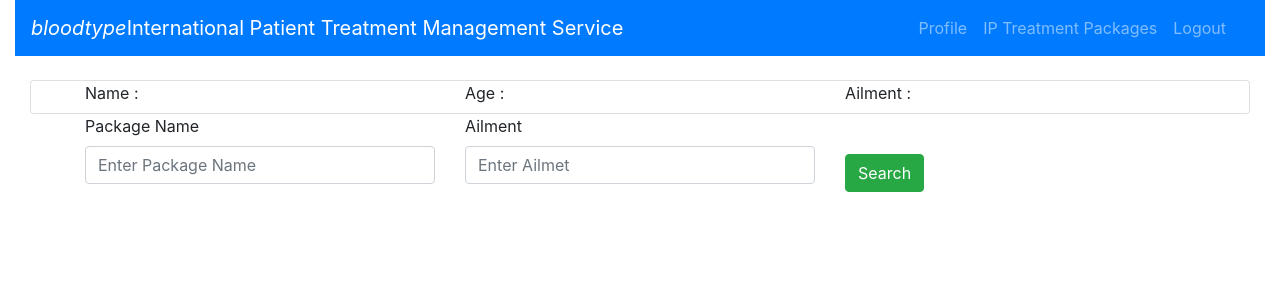
Repository: Vineet2408/POD-Cognizant
Page: http://localhost/iptms-UIportal/WEB-INF/view/IPTreatmentPackagesServices.jsp
The author's editor kept a copy of each file at every save. The page is drawn from the files as they stood at one save, then again after the next save.
The browser window is 1280 px wide. The pictures show the whole page.
The page is served by Tomcat 9. Nobody is signed in. Other server files are loaded and not shown. The template is opened directly, without the code that normally fills it, so the values that code supplies are empty.

Above is the page before, as saved 2021-03-07 15:59:23.

### iptms-UIportal/src/main/webapp/WEB-INF/view/IPTreatmentPackagesServices.jsp
<%@ page language="java" contentType="text/html; charset=ISO-8859-1"
    pageEncoding="ISO-8859-1"
    isELIgnored="false"
    %>
     <%@ taglib prefix="fmt" uri="http://java.sun.com/jsp/jstl/fmt"%>
	<%@ taglib prefix="c" uri="http://java.sun.com/jsp/jstl/core"%>
<html>
<head>
<%@ include file="headlink.jsp"%>
<title></title>
</head>
<body>

 	<div class="container-fluid">
		<%@ include file="patientheader.jsp"%>
		<br>
		<!-- header............................................................................................. -->
	<div class="container-fluid">
		<div class="card">
			<div class="container">
				<div class="row">

					<div class="col-md-4">
						<label>Name : </label>${user.name}
					</div>
					<div class="col-md-4">
						<label>Age : </label>${user.age}
					</div>
					<div class="col-md-4">
						<label>Ailment : </label>${user.ailment}
					</div>
				</div>
			</div>
		</div>
	</div>
	<div class="container-fluid">
		<form action="/searchPackage">
			<div class="container">
				<div class="row">
					<div class="col-md-4">

						<label for="packageName">Package Name</label>
						<input type="text" class="form-control" id="packageName" name="packageName" placeholder="Enter Package Name">

					</div>
					<div class="col-md-4">
						<label for="ailmet">Ailment</label>
						<input type="text" class="form-control" id="ailmet" name="ailmet" placeholder="Enter Ailmet">
					</div>
					<div class="col-md-3">
						<p> </p><br>
						<button type="submit" class="btn btn-success">Search </button>
					</div>
				</div>
			</div>

		</form>
	</div>
	<div class="container-fluid">

    <div class="row">
        <!--start loop here-->
        <c:forEach var="iptreatmentPackage" items="${iptreatmentPackageList}">
        <div class="col-md-3 col-lg-3 col-sm-3">

            <div class="card">
                <div class="row">
                    <div class="col bg-danger"><label>${iptreatmentPackage.ailmentCategory}</label></div>
                </div>
                <img class="card-img-top"
                src="https://images.unsplash.com/photo-1597764690523-15bea4c581c9?ixlib=rb-1.2.1&ixid=MXwxMjA3fDB8MHxwaG90by1wYWdlfHx8fGVufDB8fHw%3D&auto=format&fit=crop&w=750&q=80" alt="Sandwich">

                    <div class="container">
                        <div class="row">
                            <div class="col text-left">
                                <label  name="Name" >${iptreatmentPackage.packageDetail.treatmentPackageName}</label>
                            </div>
                            <div class="col text-right">
                                <label class="card-text" name="Cost">${iptreatmentPackage.packageDetail.cost}</label>
                            </div>

                        </div>
                        <div class="row">
                            <div class="col text-left">
                                <span class="badge badge-success" name="Detail" id="Package-Details">Test Detail</span>
                                <label class="text-danger" name="Category">${iptreatmentPackage.packageDetail.testDetails}</label>
                            </div>
                            <div class="col text-right" id="Sandwich-delivery">
                                <label> </label>
                            </div>
                        </div>
                        <div class="row">
                            <div class="col text-left text-muted">
                                <i class="material-icons" id="schedule-icon">schedule</i><label>Treatment Duration</label><br>
                            </div>
                            <div class="col text-right">
                                <label>${iptreatmentPackage.packageDetail.treatmentDuration}</label>
                            </div>

                        </div>
                        <div class="row justify-content-center">
                            <div></div>
                            <div class="col-12 justify-content-center">

                                    <a href="/patient/getTreatment/?id=${iptreatmentPackage.id}" class=" btn btn-primary" name="Edit"><i class="material-icons">queue</i>Get Treatment</a>
                                </div>
                            </div>
                        </div>
                    </div>
            </div>
             </c:forEach>
            <!--end loop here-->
        </div>
	</div>


	</div>

</body>
</html>

### iptms-UIportal/src/main/webapp/WEB-INF/view/headlink.jsp
<!-- Latest compiled and minified CSS -->
<link rel="stylesheet"
	href="https://maxcdn.bootstrapcdn.com/bootstrap/4.4.1/css/bootstrap.min.css">
      <link rel="stylesheet" href="https://stackpath.bootstrapcdn.com/bootstrap/4.3.1/css/bootstrap.min.css"
        integrity="sha384-ggOyR0iXCbMQv3Xipma34MD+dH/1fQ784/j6cY/iJTQUOhcWr7x9JvoRxT2MZw1T" crossorigin="anonymous">
        <link href="https://fonts.googleapis.com/icon?family=Material+Icons" rel="stylesheet">
<!-- jQuery library -->
<script
	src="https://ajax.googleapis.com/ajax/libs/jquery/3.4.1/jquery.min.js"></script>

<!-- Popper JS -->
<script
	src="https://cdnjs.cloudflare.com/ajax/libs/popper.js/1.16.0/umd/popper.min.js"></script>

<!-- Latest compiled JavaScript -->
<script
	src="https://maxcdn.bootstrapcdn.com/bootstrap/4.4.1/js/bootstrap.min.js"></script>
<meta http-equiv="Content-Type" content="text/html; charset=ISO-8859-1">

### iptms-UIportal/src/main/webapp/WEB-INF/view/patientheader.jsp
<%@ page language="java" contentType="text/html; charset=ISO-8859-1"
    pageEncoding="ISO-8859-1"%>
<!DOCTYPE html>
<html>
<head>
	<%@ include file="headlink.jsp"%>

</head>
<body>
	<header>
	    <div class="jumbotron-fluid bg-danger text-white">
	        <nav class="navbar navbar-expand-md navbar-dark bg-primary text-white justify-content-center" id="navbar" >
	            <a href="IPPackagesview.html" class="navbar-brand"><i class="material-icons">bloodtype</i>International Patient Treatment Management Service</a>
	            <button class="navbar-toggler" data-toggle="collapse" data-target="#truyumbar">
	                <span class="navbar-toggler-icon"></span>
	            </button>
	            <div class="container">
	                <div class="collapse navbar-collapse" id="truyumbar">
	                    <ul class="navbar-nav ml-auto">
	                        <li class="nav-item"><a href="profile.html" class="nav-link">Profile</a></li>

	                        <li class="nav-item"><a href="IPPackagesview.html" class="nav-link">IP Treatment Packages</a></li>
	                        <li class="nav-item"><a href="logout.html" class="nav-link">Logout</a></li>
	                    </ul>
	                </div>
	            </div>
	        </nav>
	     </div>

	</header>
</body>
</html>

After the next save:
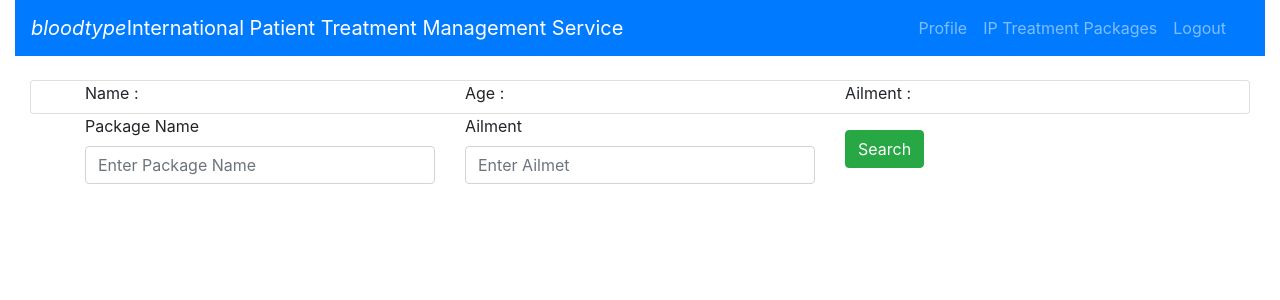
Saved 12 s later.
--- a/iptms-UIportal/src/main/webapp/WEB-INF/view/IPTreatmentPackagesServices.jsp
+++ b/iptms-UIportal/src/main/webapp/WEB-INF/view/IPTreatmentPackagesServices.jsp
@@ -48,7 +48,7 @@
 						<input type="text" class="form-control" id="ailmet" name="ailmet" placeholder="Enter Ailmet">
 					</div>
 					<div class="col-md-3">
-						<p> </p><br>
+						<p> </p>
 						<button type="submit" class="btn btn-success">Search </button>
 					</div>
 				</div>
